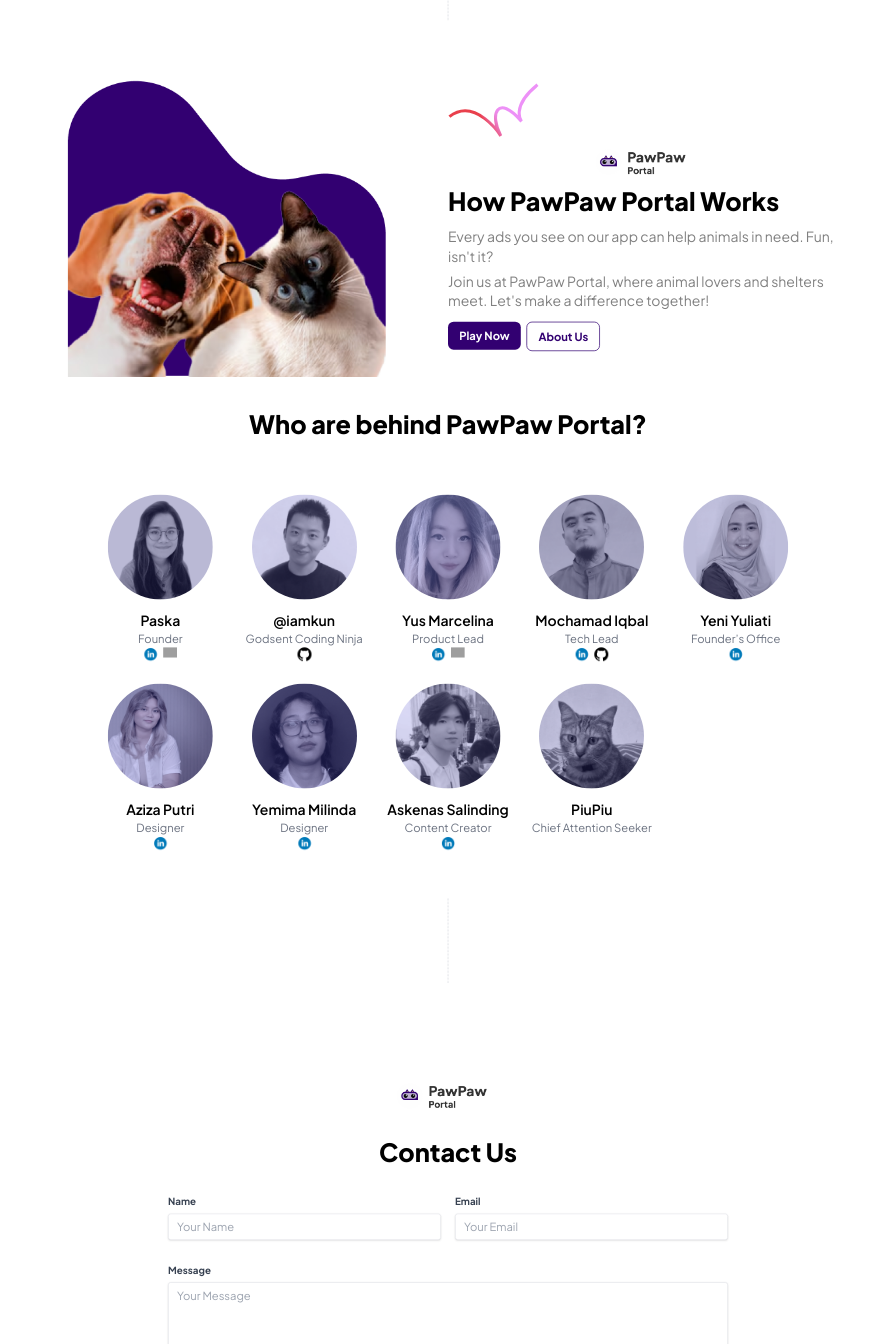
Repository: paskasiregar/pawpawwebsite
Page: /
The author's editor kept a copy of each file at every save. The page is drawn from the files as they stood at one save, then again after the next save.
The browser window is 1280 px wide. The pictures show the part of the page from y = 1081 to 3001 px (the page is 3785 px tall), at 70% of full size.
Pictures or frames that could not be fetched are drawn as grey boxes. The project was rebuilt for these pictures with package versions that can differ from the ones it lists, and the page was loaded fresh each time. The framework's server and built-in components were replaced by stand-ins that run in the browser. Also part of the build but not shown: next.config.js, next.config.mjs.

Above is the page before, as saved 2024-09-11 18:08:58.

### src/app/layout.js
import { Inter } from "next/font/google";
import "./globals.css";
import { Analytics } from "@vercel/analytics/react";
import Script from "next/script";
import Head from "next/head";

const inter = Inter({ subsets: ["latin"] });

export const metadata = {
  title: "PawPaw Portal | Your One-Stop Shelter",
  description: "Your One-Stop Shelter",
};

export default function RootLayout({ children }) {
  return (
    <html lang="en">
      <Head>
        <meta
          name="google-adsense-account"
          content="ca-pub-4770655134097556"
        ></meta>
      </Head>
      <body className={inter.className}>{children}</body>
      {/* <Script
        type="text/javascript"
        src="//pl24310112.cpmrevenuegate.com/cc/a3/1e/cca31e5e9811b252527560f4431eff54.js"
      ></Script> */}
    </html>
  );
}

### src/app/globals.css
@import url("https://fonts.googleapis.com/css2?family=Plus+Jakarta+Sans:wght@400;600;700;800&display=swap");

@tailwind base;
@tailwind components;
@tailwind utilities;

html,
body {
  width: 100%;
  height: 100%;
  margin: 0;
  padding: 0;
}

p,
ul {
  color: gray;
  margin-bottom: 2px;
}

section {
  margin-bottom: 8px;
}

.hero-bg {
  display: flex;
  background: radial-gradient(circle,
      rgb(204, 188, 230) 10%,
      rgb(255, 255, 255) 50%);
}

.cta-container {
  display: flex;
  justify-content: center;
  align-items: center;
  position: relative;
  background: radial-gradient(circle, rgb(14, 4, 4) 0%, rgb(14, 1, 51) 100%);
  padding: 20px;
  gap: 20px;
  min-height: 200px;
}

.cta-button {
  display: inline-block;
  padding: 20px 40px;
  font-size: 24px;
  font-weight: bold;
  color: white;
  background: black;
  border-radius: 40px;
  position: relative;
  z-index: 1;
  overflow: hidden;
  transition: all 0.3s ease;
  text-align: center;
}

.cta-button::before {
  content: "";
  position: absolute;
  top: -2px;
  left: -2px;
  right: -2px;
  bottom: -2px;
  background: linear-gradient(90deg,
      rgb(255, 244, 97) 0%,
      rgb(187, 61, 255) 50%,
      rgb(142, 23, 23) 100%);
  z-index: -1;
  border-radius: inherit;
}

.cta-button::after {
  content: "";
  position: absolute;
  top: 2px;
  left: 2px;
  right: 2px;
  bottom: 2px;
  background: black;
  z-index: -1;
  border-radius: inherit;
}

.cta-button:hover {
  color: rgb(237, 246, 133);
  background: white;
}

.footer-bg {
  background: radial-gradient(circle, rgb(14, 4, 4) 0%, rgb(14, 1, 51) 100%);
  color: white;
  text-align: center;
  padding: 20px;
}

.centeredcontainer {
  width: 100vw;
  height: auto;
}

.main-container {
  width: 100%;
  max-width: 1200px;
  margin: 0 auto;
  padding: 0;
}

.header-content {
  max-width: 1200px;
  /* You can adjust this depending on your design */
  margin: 0 auto;
  padding: 0 20px;
  /* Add some padding to prevent the content from touching the edges */
  display: flex;
  justify-content: space-between;
  align-items: center;
  width: 100%;
}

.header-logo-button {
  display: flex;
  flex-direction: row;
  align-items: center;
  gap: 16px;
  /* Adjust spacing as needed */
}

html {
  scroll-behavior: smooth;
}

### src/components/contact.jsx
import React from "react";
import PrimaryButton from "@/components/primaryButton";
import NameInput from "./nameInput";
import EmailInput from "./emailInput";
import MessageInput from "./mesageInput";
import Image from "next/image";
import logoHeaderImage from "../assets/banner-10.png";

export const Contact = () => {
  return (
    <div className="font-plus-jakarta flex flex-col items-center justify-center py-16 px-4 md:px-[200px] gap-[40px] text-29xl">
      <div className="flex justify-start items-start">
        {/* <svg
          width="1620"
          height="188"
          viewBox="0 0 1620 188"
          fill="none"
          xmlns="http://www.w3.org/2000/svg"
        >
          <path
            d="M1891 188C1891 100.375 1784.67 29.342 1653.5 29.342C1522.34 29.342 1413.53 100.375 1413.53 188C1413.53 122.37 1317.84 69.158 1199.78 69.158C1081.72 69.158 986.029 122.362 986.029 188C986.029 85.8274 930.825 3 862.735 3C794.645 3 737.369 85.8274 737.369 188C737.369 108.853 646.33 44.6865 534.029 44.6865C421.728 44.6865 330.689 108.853 330.689 188C330.689 134.381 239.649 90.9105 127.349 90.9105C15.0481 90.9105 -76 134.381 -76 188"
            stroke="url(#paint0_linear_545_35799)"
            strokeWidth="6"
            strokeMiterlimit="10"
            strokeLinejoin="bevel"
          />
          <defs>
            <linearGradient
              id="paint0_linear_545_35799"
              x1="-84.5283"
              y1="91.1699"
              x2="1899.52"
              y2="91.1699"
              gradientUnits="userSpaceOnUse"
            >
              <stop offset="0.0224" stopColor="#EBADD7" />
              <stop offset="1" stopColor="#FF2445" />
            </linearGradient>
          </defs>
        </svg> */}
      </div>
      <Image
        className="w-36 h-10 object-cover"
        alt="Logo"
        src={logoHeaderImage}
        width={120}
        height={20}
      />
      <div className="text-4xl font-extrabold w-full text-center">
        Contact Us
      </div>
      <form
        action="https://forms.office.com/Pages/ResponsePage.aspx?id=FYBQO9x7eUe5JQ3XgE-7JgfHRnXS951Jum6QCf1rDZlUOTFYM1gyVUNMUzAyRTlFRVlHNUo5UVVRSy4u"
        method="post"
        target="_blank"
        className="w-full"
      >
        <div className="w-full flex flex-col items-start gap-[16px] text-base text-light-l800 font-regular-reg-2">
          <div className="w-full flex flex-col md:flex-row gap-[20px]">
            <div className="w-full md:w-1/2">
              <label
                htmlFor="name"
                className="w-full block text-sm font-medium text-gray-700"
              ></label>
              <NameInput className="w-full" id="name" name="name" required />
            </div>
            <div className="w-full md:w-1/2">
              <label
                htmlFor="email"
                className="block text-sm font-medium text-gray-700"
              ></label>
              <EmailInput className="w-full" id="email" name="email" required />
            </div>
          </div>
          <div className="w-full">
            <label
              htmlFor="message"
              className="block text-sm font-medium text-gray-700"
            ></label>
            <MessageInput
              className="w-full"
              id="message"
              name="message"
              required
            />
          </div>
        </div>
        <div className="mt-4">
          <PrimaryButton type="submit">Send Now</PrimaryButton>
        </div>
      </form>
    </div>
  );
};

export default Contact;

### src/components/divider.jsx
export const Divider = () => {
  return (
    <div className="self-stretch h-[195px] flex flex-row items-center justify-center py-16 px-[130px] box-border">
      <div className="w-px relative box-border h-[121px] border-r-[1px] border-dashed border-gray-300" />
    </div>
  );
};

### src/components/header.jsx
import Link from "next/link";
import PrimaryButton from "@/components/primaryButton";
import React from "react";
import Image from "next/image";
import logoHeaderImage from "../assets/banner-10.png";

export const Header = () => {
  return (
    <div className="w-full bg-white fixed top-0 shadow-sm">
      <div className="max-w-7xl flex justify-between items-center p-4">
        <div className="flex items-center space-x-4">
          <Link href="/">
            <Image
              className="w-36 h-10 object-cover"
              alt="Logo"
              src={logoHeaderImage}
              width={120}
              height={20}
            />
          </Link>
        </div>

        <div className="hidden md:flex flex-row space-x-8 items-center">
          <Link href="#how-it-works" className="text-gray-500">
            How It Works
          </Link>
          <Link href="#team" className="text-gray-500">
            About Us
          </Link>
          <Link href="/privacy" className="text-gray-500">
            Privacy Policy
          </Link>
        </div>

        <div>
          <Link href="https://game.pawpawportal.com">
            <PrimaryButton href="https://game.pawpawportal.com">
              Be Our Hero Today!
            </PrimaryButton>
          </Link>
        </div>
      </div>
    </div>
  );
};

export default Header;

### src/components/CTA.jsx
import React from "react";
import Link from "next/link";

const CTA = () => {
  return (
    <div className="cta-container font-plus-jakarta p-4 md:p-8 flex flex-col md:flex-row items-center justify-center">
      <svg
        className="cta-decoration mb-4 md:mb-0 md:mr-4"
        width="48"
        height="46"
        viewBox="0 0 48 46"
        fill="none"
        xmlns="http://www.w3.org/2000/svg"
      >
        <path
          d="M2 46C2 27.296 29.551 30.0086 36.5736 34.5625C36.5736 34.5625 14.4611 2 47.5714 2"
          stroke="url(#cta_gradient)"
          strokeWidth="3.92857"
          strokeMiterlimit="10"
          strokeLinejoin="bevel"
        />
        <defs>
          <linearGradient
            id="cta_gradient"
            x1="37.3571"
            y1="2"
            x2="7.5"
            y2="46"
            gradientUnits="userSpaceOnUse"
          >
            <stop stopColor="#FF2445" />
            <stop offset="1" stopColor="#F5AB0E" />
          </linearGradient>
        </defs>
      </svg>
      <Link href="https://game.pawpawportal.com">
        <div className="cta-button text-center bg-gradient-to-r from-orange-500 to-pink-500 text-white font-bold py-2 px-4 rounded-lg shadow-lg cursor-pointer">
          Play Our Game Now
        </div>
      </Link>
    </div>
  );
};

export default CTA;

### src/components/primaryButton.jsx
import React from "react";

const PrimaryButton = ({ children, onClick, href }) => {
  return (
    <button
      className="bg-inherit-320071 text-white font-bold py-2 px-4 rounded-lg w-full"
      onClick={onClick}
    >
      {children}
    </button>
  );
};

export default PrimaryButton;

### src/components/secButton.jsx
import React from "react";

const SecButton = ({ children, onClick }) => {
  return (
    <button
      className="bg-white border border-inherit-320071 text-inherit-320071 font-bold py-2 px-4 rounded-lg"
      onClick={onClick}
    >
      {children}
    </button>
  );
};

export default SecButton;

### src/components/team.jsx
import React from "react";
import Member from "./members";
import paska from "@/assets/paska.png"; // Replace with actual image paths
import kun from "@/assets/kun.png";
import yus from "@/assets/yus.png";
import iqbal from "@/assets/iqbal.png";
import julie from "@/assets/julie.png";
import aziza from "@/assets/aziza.png";
import yemima from "@/assets/yemima.png";
import ken from "@/assets/ken.png";
import piupiu from "@/assets/piupiu.png";

const teamMembers = [
  {
    name: "Paska",
    role: "Founder",
    imageSrc: paska,
    linkedinUrl: "https://www.linkedin.com/in/pas-ka",
    websiteUrl: "https://www.hellopaska.com",
  },
  {
    name: "@iamkun",
    role: "Godsent Coding Ninja",
    imageSrc: kun,
    githubUrl: "https://github.com/iamkun",
  },
  {
    name: "Yus Marcelina",
    role: "Product Lead",
    imageSrc: yus,
    linkedinUrl: "https://www.linkedin.com/in/yusmarcelina/",
    websiteUrl: "https://yusmarcelina.wixsite.com/yusmarcelina",
  },
  {
    name: "Mochamad Iqbal",
    role: "Tech Lead",
    imageSrc: iqbal,
    linkedinUrl: "https://www.linkedin.com/in/mochadwi/",
    githubUrl: "https://github.com/mochadwi",
  },
  {
    name: "Yeni Yuliati",
    role: "Founder’s Office",
    imageSrc: julie,
    linkedinUrl: "https://www.linkedin.com/in/yeniyuliati/",
  },
  {
    name: "Aziza Putri",
    role: "Designer",
    imageSrc: aziza,
    linkedinUrl: "https://www.linkedin.com/in/aziza-wienneta/",
  },
  {
    name: "Yemima Milinda",
    role: "Designer",
    imageSrc: yemima,
    linkedinUrl: "https://www.linkedin.com/in/yemimamillinda/",
  },
  {
    name: "Askenas Salinding",
    role: "Content Creator",
    imageSrc: ken,
    linkedinUrl: "https://www.linkedin.com/in/askenassalinding/",
  },
  {
    name: "PiuPiu",
    role: "Chief Attention Seeker",
    imageSrc: piupiu,
  },
];

const Team = () => {
  return (
    <div
      id="team"
      className="flex-1 flex flex-col items-center md:items-center justify-center gap-4 z-[1] p-4 md:p-8"
    >
      <div className="flex flex-col items-center md:items-center mb-8">
        <div className="relative font-extrabold text-2xl md:text-4xl text-center mb-8">
          Who are behind PawPaw Portal?
        </div>
      </div>

      <div className="grid grid-cols-2 sm:grid-cols-2 md:grid-cols-3 lg:grid-cols-5 gap-6 md:gap-8 justify-center">
        {teamMembers.map((member, index) => (
          <Member
            key={index}
            name={member.name}
            role={member.role}
            imageSrc={member.imageSrc}
            linkedinUrl={member.linkedinUrl}
            githubUrl={member.githubUrl}
            websiteUrl={member.websiteUrl}
          />
        ))}
      </div>
    </div>
  );
};

export default Team;

### src/components/nameInput.jsx
import React from "react";

const NameInput = ({ value, onChange }) => {
  return (
    <div className="mb-4">
      <label
        className="block text-gray-700 text-sm font-bold mb-2"
        htmlFor="name"
      >
        Name
      </label>
      <input
        id="name"
        type="text"
        value={value}
        onChange={onChange}
        className="shadow appearance-none border rounded w-full py-2 px-3 text-gray-700 leading-tight focus:outline-none focus:shadow-outline"
        placeholder="Your Name"
      />
    </div>
  );
};

export default NameInput;

### src/components/emailInput.jsx
import React from "react";

const EmailInput = ({ value, onChange }) => {
  return (
    <div className="mb-4">
      <label
        className="block text-gray-700 text-sm font-bold mb-2"
        htmlFor="email"
      >
        Email
      </label>
      <input
        id="email"
        type="email"
        value={value}
        onChange={onChange}
        className="shadow appearance-none border rounded w-full py-2 px-3 text-gray-700 leading-tight focus:outline-none focus:shadow-outline"
        placeholder="Your Email"
      />
    </div>
  );
};

export default EmailInput;

### src/components/mesageInput.jsx
import React from "react";

const MessageInput = ({ value, onChange }) => {
  return (
    <div className="mb-4">
      <label
        className="block text-gray-700 text-sm font-bold mb-2"
        htmlFor="message"
      >
        Message
      </label>
      <textarea
        id="message"
        value={value}
        onChange={onChange}
        className="shadow appearance-none border rounded w-full py-2 px-3 text-gray-700 leading-tight focus:outline-none focus:shadow-outline"
        placeholder="Your Message"
        rows="5"
      />
    </div>
  );
};

export default MessageInput;

### src/components/members.jsx
"use client";

import React from "react";
import Image from "next/image";
import Link from "next/link";
import linkedin from "../assets/linkedin.webp";
import github from "../assets/github.png";
import website from "../assets/website.png";

// const Member = ({ name, role, imageSrc, linkedinUrl, githubUrl, websiteUrl }) => {
//   console.log("GitHub URL: ", githubUrl);
//   console.log("LinkedIn URL: ", linkedinUrl);
//   console.log("Website URL: ", websiteUrl);

const Member = ({
  name,
  role,
  imageSrc,
  linkedinUrl,
  githubUrl,
  websiteUrl,
}) => {
  return (
    <div className="flex flex-col items-center">
      <Image
        className="rounded-full object-cover"
        alt={name}
        src={imageSrc}
        width={150}
        height={150}
        sizes="(max-width: 768px) 100px, (max-width: 1200px) 150px, 200px"
      />
      <div className="text-xl font-semibold mt-4">{name}</div>
      <div className="text-gray-500">{role}</div>
      <div className="flex gap-2">
        {linkedinUrl && (
          <Link href={linkedinUrl} passHref>
            <Image src={linkedin} alt="LinkedIn" width={20} height={20} />
          </Link>
        )}
        {githubUrl && (
          <Link href={githubUrl} passHref>
            <Image src={github} alt="GitHub" width={20} height={20} />
          </Link>
        )}
        {websiteUrl && (
          <Link href={websiteUrl} passHref>
            <Image src={website} alt="Website" width={20} height={20} />
          </Link>
        )}
      </div>
    </div>
  );
};

export default Member;

Loaded but not shown: src/app/page.js (197 lines, source omitted); tailwind.config.js (33 lines, source omitted); src/components/hero.jsx (218 lines, source omitted); src/components/footer.jsx (175 lines, source omitted)

After the next save:
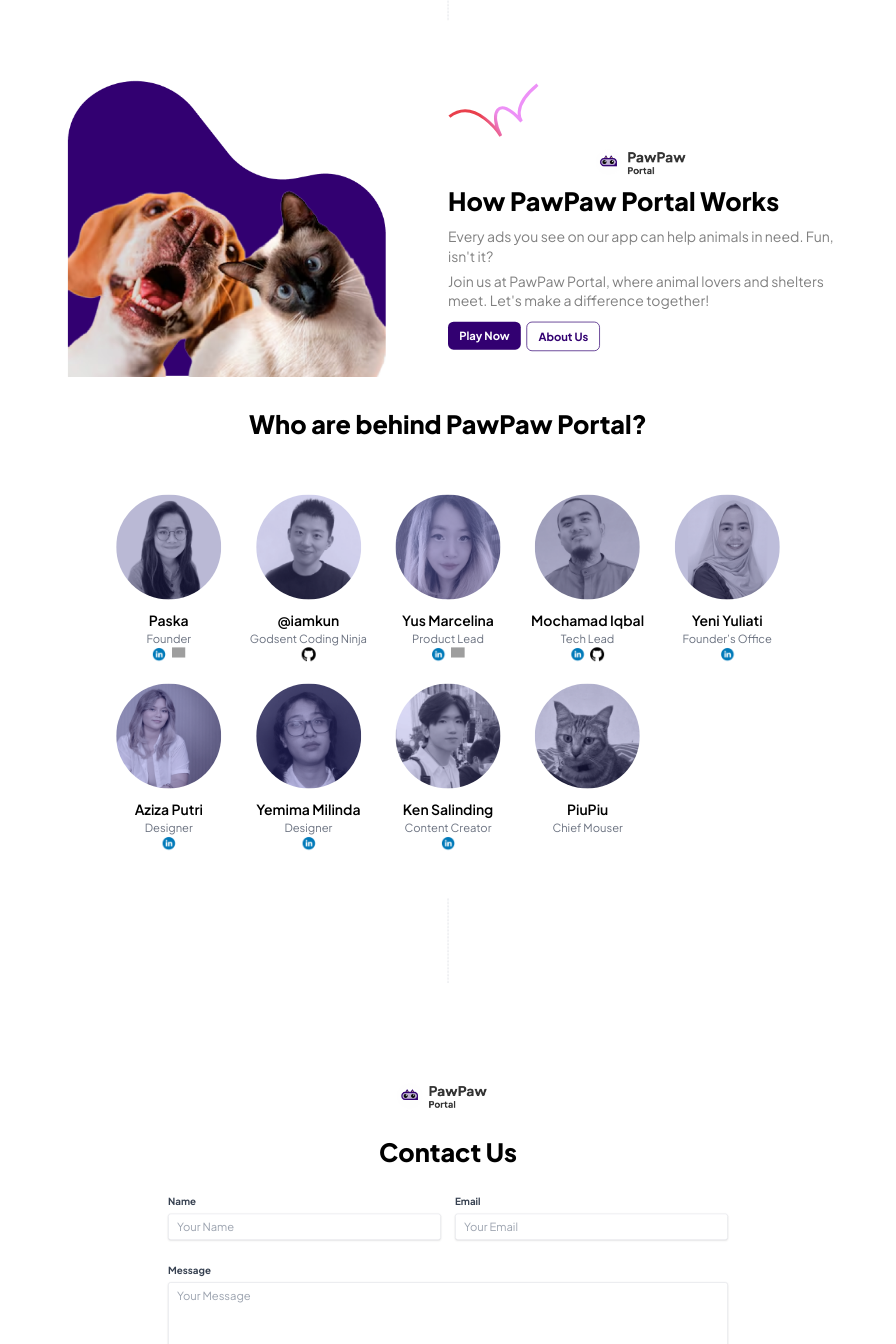
Saved 24 min 30 s later.
--- a/src/components/team.jsx
+++ b/src/components/team.jsx
@@ -57,14 +57,14 @@ const teamMembers = [
     linkedinUrl: "https://www.linkedin.com/in/yemimamillinda/",
   },
   {
-    name: "Askenas Salinding",
+    name: "Ken Salinding",
     role: "Content Creator",
     imageSrc: ken,
     linkedinUrl: "https://www.linkedin.com/in/askenassalinding/",
   },
   {
     name: "PiuPiu",
-    role: "Chief Attention Seeker",
+    role: "Chief Mouser",
     imageSrc: piupiu,
   },
 ];
